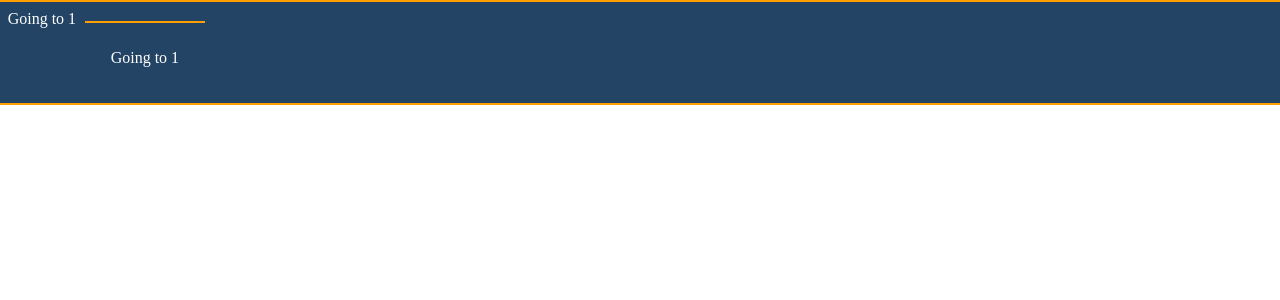
Repository: vsterev/origami
Page: /
An editor plug-in stored every save of this project. The page is shown before and after a run of saves, followed by the edit.
The browser window is 1280 px wide. The pictures show the whole page.
The project was rebuilt for these pictures with package versions that can differ from the ones it lists, and the page was loaded fresh each time.

Above is the page before, as saved 2020-07-12 08:09:13.

After the next 3 saves:
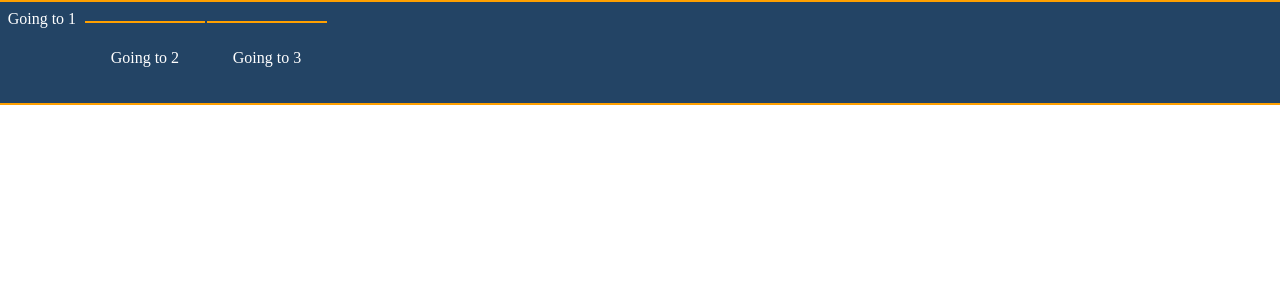
The 3 saves are shown as one change because 2 did not build or start.
The last was saved 118 s later.
--- a/src/components/header/index.js
+++ b/src/components/header/index.js
@@ -5,8 +5,9 @@
 function Header() {
     return (
         <nav className="Navigation">
-            <Link />
-            <Link />
+            <Link>Going to 1</Link>
+            <Link>Going to 2</Link>
+            <Link>Going to 3</Link>
 
         </nav>
     )
--- a/src/components/link/index.js
+++ b/src/components/link/index.js
@@ -1,8 +1,8 @@
 import React from 'react'
 import './styles.css'
-function Link (){
+function Link ({children}){
     return (
-        <ul className="listItem" a href="#">Going to 1</ul>
+    <ul className="listItem" a href="#">{children}</ul>
     )
 }
 export default Link;
